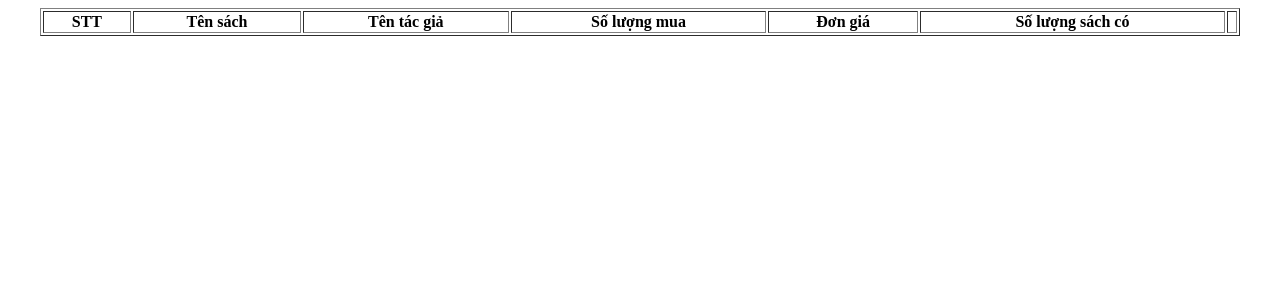
Repository: trangtruc/Java_NangCao
Page: http://localhost/EBookShop/searchtitle.jsp
An editor plug-in stored every save of this project. The page is shown before and after the next save, followed by the edit.
The browser window is 1280 px wide. The pictures show the whole page.
The page is served by Tomcat 9.

Above is the page before, as saved 2017-03-14 16:35:03.

After the next save:
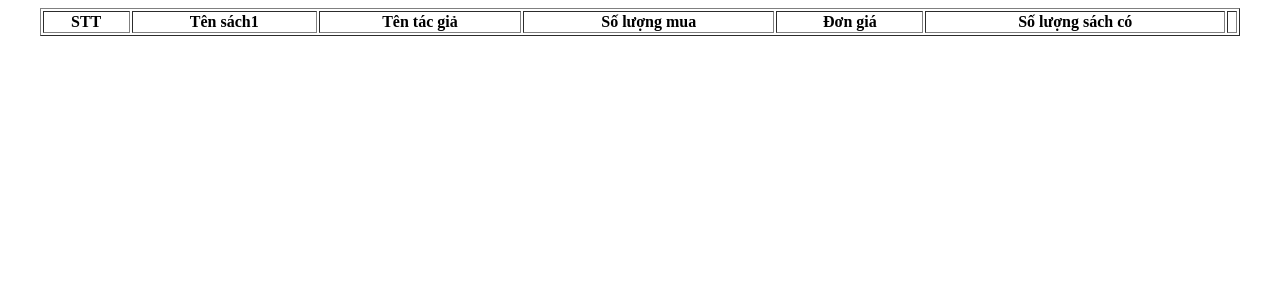
Saved 9 s later.
--- a/Buoi4/EBookShop/WebContent/searchtitle.jsp
+++ b/Buoi4/EBookShop/WebContent/searchtitle.jsp
@@ -10,7 +10,7 @@
 	<table align="center" border="1" width="95%">
 	    <tr>
 	        <th>STT</th>
-	        <th>Tên sách</th>
+	        <th>Tên sách1</th>
 	        <th>Tên tác giả</th>
 	        <th>Số lượng mua</th>
 	        <th>Đơn giá</th>

After the save that followed:
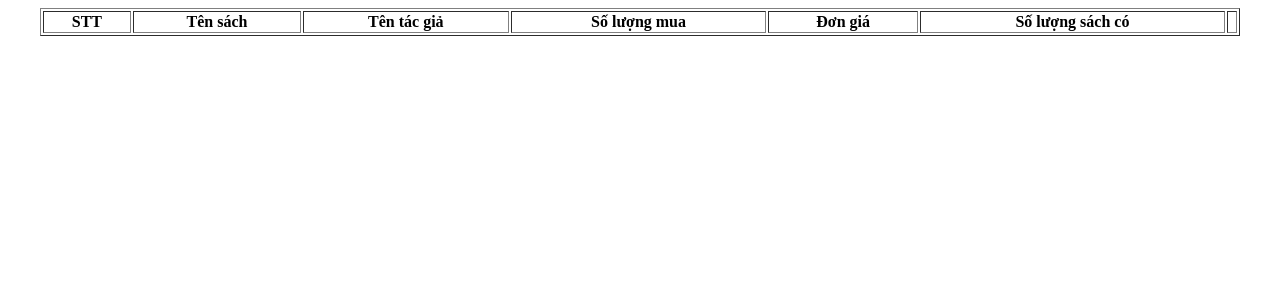
Saved 3 min 21 s later.
--- a/Buoi4/EBookShop/WebContent/searchtitle.jsp
+++ b/Buoi4/EBookShop/WebContent/searchtitle.jsp
@@ -10,7 +10,7 @@
 	<table align="center" border="1" width="95%">
 	    <tr>
 	        <th>STT</th>
-	        <th>Tên sách1</th>
+	        <th>Tên sách</th>
 	        <th>Tên tác giả</th>
 	        <th>Số lượng mua</th>
 	        <th>Đơn giá</th>
